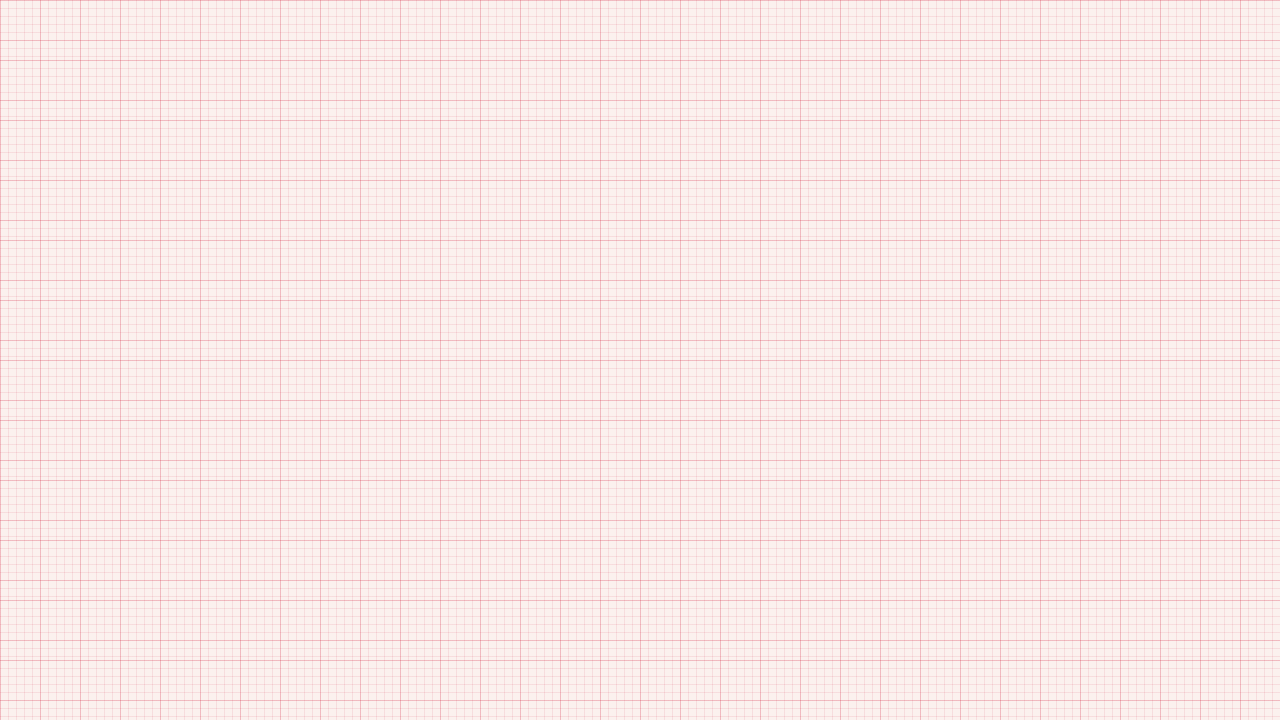
Repository: manayparikh1/PulseBeat
Page: index.html
An editor plug-in stored every save of this project. The page is shown before and after the next save, followed by the edit.
The browser window is 1280 px wide. The pictures show the whole page.

Above is the page before, as saved 2026-08-31 20:20:28.

### index.html
<!DOCTYPE html>
<html lang="en">

<head>
    <meta charset="utf-8">
    <meta name="viewport" content="width=device-width, initial-scale=1.0">
    <title>PulseBeat</title>
    <link rel="stylesheet"
        href="https://fonts.googleapis.com/css2?family=Big+Shoulders+Display:wght@700;800&family=IBM+Plex+Mono:wght@400;600&family=Newsreader:opsz,wght@6..72,300;6..72,400&display=swap">
    <style>
        /*=The heartbeat animation lab and no javascript is gonna be added because I am trash at that ===== */
        *,
        *::before,
        *::after {
            box-sizing: border-box;
        }

        body,
        h1,
        h2,
        h3,
        h4,
        p,
        figure {
            margin: 0
        }

        /* ---- light pallete this is the ecg animation paper---*/
        :root {
            --paper: #FBF1EE;
            --card: #FFFAF8;
            --ink: #1F1418;
            --dim: #6A555D;
            --line: #E3CDC7;
            --oxy: #D6304A;
            --deoxy: #2E6E8E;
            --good: #2F7A55;
            --grid: rgba(214, 48, 74, 0.1);
            --grid2: rgba(214, 48, 74, .2);
            --beat: .83s;
            --disp: "Big Shoulders Display", "Arial Narrow", sans-serif;
            --body: "Newsreader", Georgia, serif;
            --mono: "IBM Plex Mono", ui-monospace, Menlo, monospace;
        }

        /*--dark mode pallete*/
        @media (prefers-color-scheme:dark) {
            :root:not([data-theme="light"]) {
                --paper: #0C0A0E;
                --card: #171220;
                --ink: #F2E6E9;
                --dim: #AC9BA4;
                --line: #2D2431;
                --oxy: #FF5A6E;
                --deoxy: #62B6DC;
                --good: #5FCF9A;
                --grid: rgba(255, 90, 110, .06);
                --grid2: rgba(255, 90, 110, .13);
            }
        }

        :root[data-theme="dark"] {
            --paper: #0C0A0E;
            --card: #171220;
            --ink: #F2E6E9;
            --dim: #AC9BA4;
            --line: #2D2431;
            --oxy: #FF5A6E;
            --deoxy: #62B6DC;
            --good: #5FCF9A;
            --grid: rgba(255, 90, 110, .06);
            --grid2: rgba(255, 90, 110, .13);
        }

        body {
            background-color: var(--paper);
            background-image:
                repeating-linear-gradient(to right, var(--grid2) 0 1px, transparent 1px 40px),
                repeating-linear-gradient(to bottom, var(--grid2) 0 1px, transparent 1px 40px),
                repeating-linear-gradient(to right, var(--grid) 0 1px, transparent 1px 8px),
                repeating-linear-gradient(to bottom, var(--grid) 0 1px, transparent 1px 8px);
            color: var(--ink);
            font: 17px/1.6 var(--body);
            padding: 0 20px 60px;
        }

        h1,
        h2,
        h3 {
            font-family: var(--disp);
            font-weight: 800;
            line-height: .95;
            text-transform: uppercase;
            text-wrap: balance
        }

        .wrap {
            max-width: 1000px;
            margin: 0 auto
        }

        section {
            padding: 56px 0;
            border-top: 1px solid var(--line)
        }

        h2 {
            font-size: clamp(30px, 5vw, 50px)
        }

        .eyebrow {
            font: 600 11px/1 var(--mono);
            letter-spacing: .2em;
            text-transform: uppercase;
            color: var(--dim);
            ;
            margin-bottom: 10px
        }

        .lede {
            color: var(--dim);
            max-width: 60ch;
            margin-top: 12px;
            font-weight: 300;
            font-size: 18px
        }

        .card {
            background: var(--card);
            border: 1px solid var(--line);
            border-radius: 4px
        }

        /* hero */
        header {
            display: grid;
            grid-template-columns: 1.1fr.9fr;
            gap: 40px;
            align-items: center;
            padding: 70px 0 56px
        }

        h1 {
            font-size: clamp(56px, 11vw, 130px);
            letter-spacing: -1.0em
        }

        h1 span {
            color: var(--oxy);
            display: block
        }

        .heart {
            width: min(100%, 300px);
            margin: 0 auto;
            display: block;
            animation: thump var(--beat) infinite
        }

        @keyframes thump {

            0%,
            100% {
                transform: scale(1)
            }

            8% {
                transform: scale(1.08)
            }

            17% {
                transform: scale(1)
            }

            26% {
                transform: scale(1.04)
            }

            36% {
                transform: scale(1)
            }
        }

        /*rate switch so the four radios that basically retune the entire page */
        .sr {
            position: absolute;
            width: 1px;
            height: 1px;
            opacity: 0
        }

        .rates {
            display: flex;
            flex-wrap: wrap;
            gap: 8px;
            margin-top: 20px
        }

        .rates label {
            font: 600 11px/1 var(--mono);
            letter-spacing: .1em;
            text-transform: uppercase;
            padding: 11px 16px;
            border: 1px solid var(--line);
            border-padding: 11px 16px;
            border: 1px solid var(--line);
            border-radius: 999px;
            cursor: pointer;
            color: var(--dim)
        }

        .rates label:hover {
            border-color: var(--oxy);
            color: var(--ink)
        }

        .sr:focus-visible+label {
            outline: 2px solid var(--oxy);
            outline-offset: 2px
        }

        body:has(#r1:checked) {
            --beat: 1.25s
        }

        body:has(#r2:checked) {
            --beat: 0.83s
        }

        body:has(#r3:checked) {
            --beat: 0.45s
        }

        body:has(#r4:checked) {
            --beat: 0.34s
        }

        body:has(#r1:checked)[for=r1],
        body:has(#r2:checked)[for=r2],
        body:has(#r3:checked)[for=r3],
        body:has(#r4:checked)[for=r4] {
            background: var(--oxy);
            border-color: var(--oxy);
            color: #fff
        }

        .bpm {
            font-family: var(--disp);
            font-weight: 800;
            font-size: 56px;
            color: var(--oxy);
            line-height: 1
        }

        .bpm b {
            display: none
        }

        .bpm small {
            font: 500 13px/1 var(--mono);
            color: var(--dim);
            margin-left: 6px
        }

        body:has(#r1:checked) .b1,
        body:has(#r2:checked) .b2,
        body:has(#r3:checked) .b3,
        body:has(#r4:checked) .b4 {
            display: inline
        }

        /*ECG cycle*/
        .strip {
            overflow: hidden;
            padding: 0;
            margin-top: 22px
        }

        .strip svg {
            width: 100%;
            height: 150px;
            display: block
        }

        .strip g {
            animation: roll var(--beat) linear infinite
        }

        @keyframes roll {
            to {
                transform: translateX(-100px)
            }
        }

        /*DIAGRAM so 7 clickable parts and its driven by the radio*/
        .lab {
            display: grid;
            grid-template-columns: 1.45fr .85fr;
            gap: 24px;
            align-items: start;
            margin-top: 26px
        }

        .diagram {
            width: 100%;
            height: auto;
            padding: 12px
        }

        .parts {
            display: flex;
            flex-wrap: wrap;
            gap: 7px;
            margin-top: 18px
        }

        .parts label {
            font: 600 10.5px/1 var(--mono);
            letter-spacing: .1em;
            text-transform: uppercase;
            padding: 9px 13px;
            border: 1px solid var(--line);
            border-radius: 999px;
            cursor: pointer;
            color: var(--dim)
        }

        .parts label:hover {
            border-color: var(--oxy);
            color: var(--ink)
        }

        .info {
            display: none;
            padding: 22px
        }

        .info h3 {
            font-size: 29px;
            color: var(--oxy)
        }

        .info p {
            color: var(--dim);
            font-size: 16px;
            margin-top: 9px
        }

        .info em {
            display: block;
            font: 400 13px/1.5 var(--mono);
            font-style: normal;
            color: var(--ink);
            margin-top: 14px;
            padding-left: 12px;
            border-left: 3px solid var(--oxy)
        }

        /*SHOW the chosen card*/
        body:has(#ra:checked) .i-ra,
        body:has(#rv:checked) .i-rv,
        body:has(#la:checked) .i-la,
        body:has(#lv:checked) .i-lv,
        body:has(#lu:checked) .i-lu,
        body:has(#bo:checked) .i-bo,
        body:has(#va:checked) .i-va {
            display: block
        }

        body:has(#ra:checked) [for=ra],
        body:has(#rv:checked) [for=rv],
        body:has(#la:checked) [for=la],
        body:has(#lv:checked) [for=lv],
        body:has(#lu:checked) [for=lu],
        body:has(#bo:checked) [for=bo],
        body:has(#va:checked) [for=va] {
            background: var(--oxy);
            border-color: var(--oxy);
            color: #fff
        }

        body:has(#ra:checked) .s-ra,
        body:has(#rv:checked) .s-rv,
        body:has(#la:checked) .s-la,
        body:has(#lv:checked) .s-lv,
        body:has(#lu:checked) .s-lu,
        body:has(#bo:checked) .s-bo,
        body:has(#va:checked) .s-va {
            stroke: var(--ink);
            stroke-width: 7
        }

        .diagram text {
            font-family: var(--disp);
            font-weight: 700;
            fill: var(--ink)
        }

        tube {
            fill: none;
            stroke-dasharray: 13 27;
            animation: flow calc(var(--beat)*2.4) linear infinite
        }

        @keyframes flow {
            to {
                stroke-dashoffset: -40
            }
        }

        /*FACTS*/
        .facts {
            column: 3 250px;
            column-gap: 16px;
            margin-top: 26px
        }

        .fact {
            break-inside: avoid;
            margin-bottom: 16px;
            padding: 20px
        }

        .fact h4 {
            font-family: var(--disp);
            font-weight: 800;
            font-size: 25px;
            text-transform: uppercase;
            margin-bottom: 7px
        }

        .fact p {
            color: var(--dim);
            font-size: 15.5px
        }

        /*quiz reveal on answer no scoring that needs js which is pretty UGHH*/
        .q {
            padding: 24px;
            margin-top: 16px
        }

        .q p.ask {
            font-family: var(--disp);
            font-weight: 700;
            font-size: 25px;
            text-transform: uppercase;
            margin-bottom: 14px
        }

        .q label {
            display: block;
            padding: 13px 16px;
            border: 1px solid var(--line);
            border-radius: 3px;
            cursor: pointer;
            margin-bottom: 7px;
            font-size: 16px
        }

        .q label:hover {
            border-color: var(--oxy);
        }

        .qo:checked+label {
            border-color: var(--oxy);
            background: color-mix(in srgb, var(--oxy)13%, transparent)
        }

        .q:has(:checked) .ok+label {
            border-color: var(--good);
            background: color-mix(in srgb, var(--good)15%, transparent)
        }

        .q:has(:checked) .ok+label::after {
            content: " - correct" t;
            font: 600 11px var(--mono);
            color: var(--good)
        }

        .why {
            display: none;
            margin-top: 12px;
            font-size: 15.5px;
            color: var(--dim)
        }

        .q:has(:checked) .why {
            display: block
        }

        footer {
            padding-top: 40px;
            font: 400 13.5px/1.6 var(--mono);
            color: var(--dim);
            max-width: 60ch
        }

        @media (max-width:820px) {

            header,
            .lab {
                grid-template-columns: 1fr
            }

            .heart {
                width: min(58%, 190px)
            }

            .facts {
                columns: 1
            }
        }

        @media (prefers-reduced-motion:reduce) {
            * {
                animation: none !important
            }
        }
    </style>
    <div class="wrap">

    </div>

After the next save:
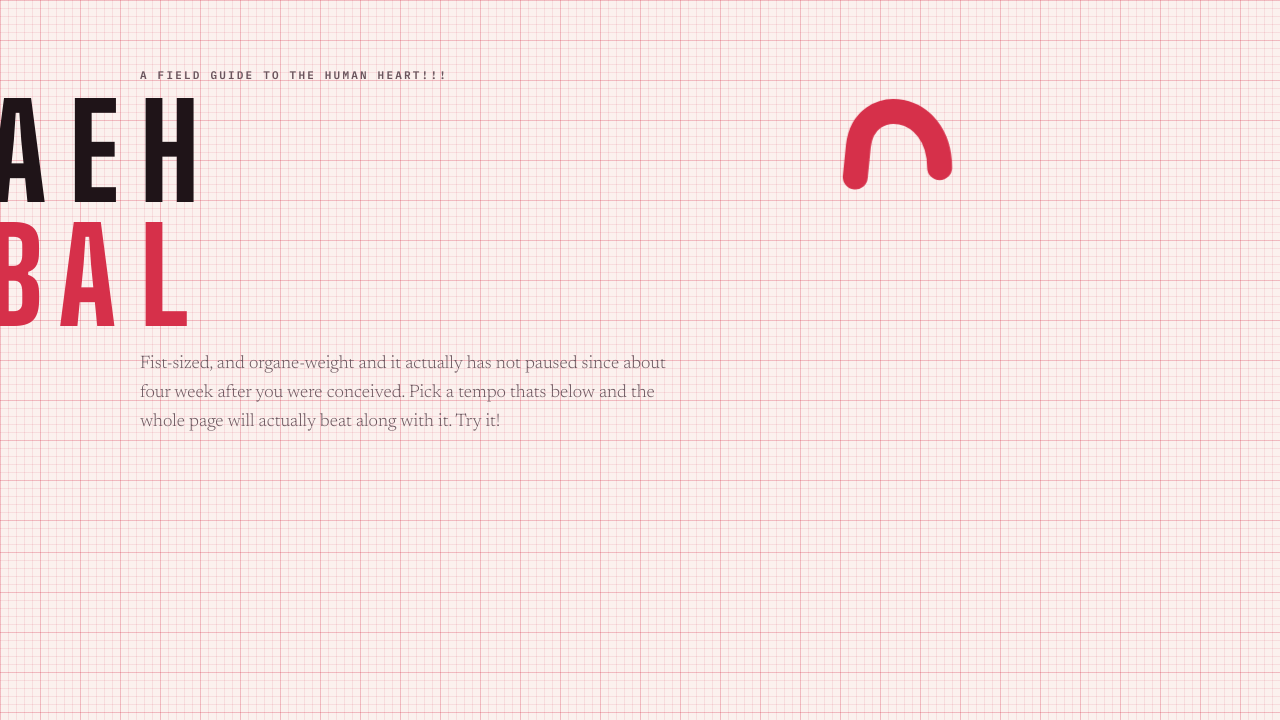
Saved 22 h 29 min later.
--- a/index.html
+++ b/index.html
@@ -519,5 +519,24 @@
         }
     </style>
     <div class="wrap">
+        <!--==Hero==-->
+        <header>
+            <div>
+                <p class="eyebrow">A field guide to the HUMAN HEART!!!</p>
+                <h1>Heart<span>Lab</span></h1>
+                <p class="lede">Fist-sized, and organe-weight and it actually has not paused since about four week after
+                    you were conceived. Pick a tempo thats below and the whole page will actually beat along with it.
+                    Try it!</p>
+            </div>
+            <svg class="heart" viewBox="0 0 200 230" role="img" aria-label="A beating heart">
+                <g fill="none" stroke-linecap="round">
+                    <path d="M110 60 C110 18 62 12 58 46 L56 66" stroke="var(--oxy)" stroke-width="16" />
+                </g>
+            </svg>
+        </header>
+
+
+
+
 
     </div>
